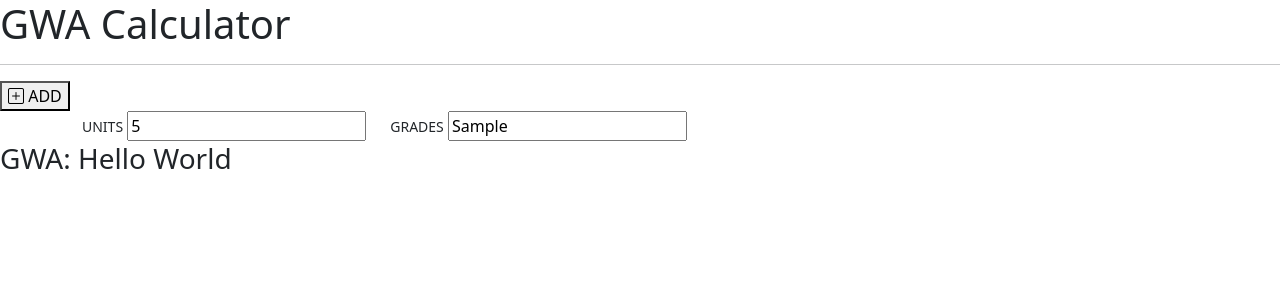
Repository: yonora/GWACalculator
Page: index.html
These files come from the project's save history. The page is drawn as it stood at one moment and after the next save; the edit follows.
The browser window is 1280 px wide. The pictures show the whole page.
Empty fields were first filled with sample values (such as "Sample", 5 or name@example.com).
After loading, the first visible `button.col-auto` was clicked once.

Above is the page before, as saved 2025-01-04 23:00:34.
Console error: TypeError: document.onload is not a function

### index.html
<!DOCTYPE html>
<html lang="en">
<head>
    <meta charset="UTF-8">
    <meta name="viewport" content="width=device-width, initial-scale=1.0">
    <link rel="stylesheet" href="https://cdn.jsdelivr.net/npm/bootstrap@5.3.3/dist/css/bootstrap.min.css">
    <link rel="stylesheet" href="https://cdn.jsdelivr.net/npm/bootstrap-icons@1.11.3/font/bootstrap-icons.min.css">
    <script src="js.js"></script>
    <title>GWA Calculator</title>
</head>
<body>
    <h1>GWA Calculator</h1>
    <hr>
    <button class="col-auto add" onclick="add()"><i class="bi bi-plus-square"></i> ADD</button>
    <div class="container" id="container">
        <div class="row" class="grade-container">
            <div class="col-auto">
                <label class="col-form-label-sm">UNITS</label>
                <input type="number" class="col-form-control" class="units">
            </div>
            <div class="col-auto">
                <label class="col-form-label-sm">GRADES</label>
                <input type="text" class="col-form-control" class="grades">
            </div>
        </div>
    </div>
    <h3>GWA: <span id="gwa"></span></h3>
    <script>
        document.onload(compute());
    </script>
</body>
</html>

### js.js
function add(){
    const container = document.getElementById('container').innerHTML;
    container.innerHTML +=
        `<div class="row" class="grade-container">
            <div class="col-auto">
                <label class="col-form-label-sm">UNITS</label>
                <input type="number" class="col-form-control" class="units">
            </div>
            <div class="col-auto">
                <label class="col-form-label-sm">GRADES</label>
                <input type="text" class="col-form-control" class="grades">
            </div>
        </div>`
    ;
}

function compute(){
    const grades = document.querySelectorAll('grades');
    const inputs = document.querySelectorAll('inputs');

    gwa.innerHTML = "Hello World";
}

After the next save:
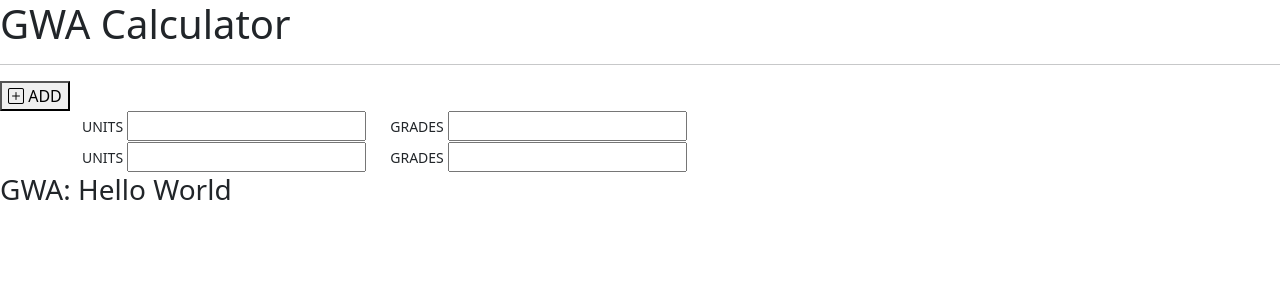
Saved 26 s later.
--- a/js.js
+++ b/js.js
@@ -1,5 +1,5 @@
 function add(){
-    const container = document.getElementById('container').innerHTML;
+    const container = document.getElementById('container');
     container.innerHTML +=
         `<div class="row" class="grade-container">
             <div class="col-auto">
